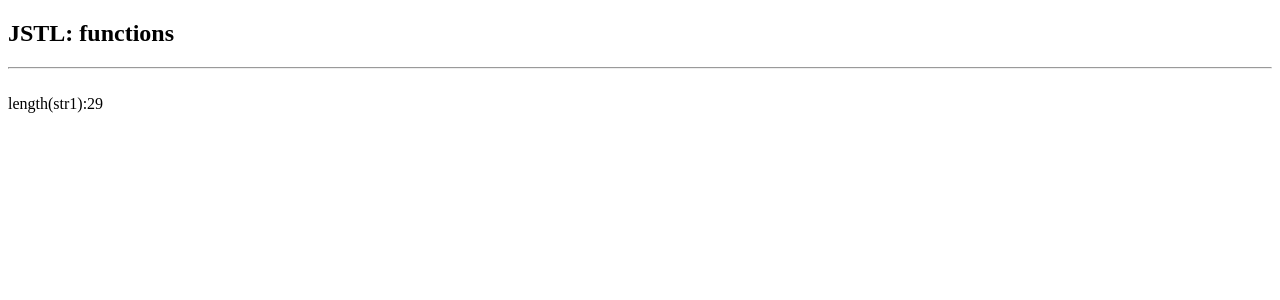
Repository: dongseon-git/WEB_JSP
Page: http://localhost/studyhtml5/jsp/j07/j06_fn_functions.jsp
An editor plug-in stored every save of this project. The page is shown before and after the next save, followed by the edit.
The browser window is 1280 px wide. The pictures show the whole page.
The page is served by Tomcat 9. Nobody is signed in. The application's start-up code is not run. Other server files are loaded and not shown.

Above is the page before, as saved 2022-05-24 02:45:32.

### workspace/studyhtml5/WebContent/jsp/j07/j06_fn_functions.jsp
<%@ page language="java" contentType="text/html; charset=UTF-8"
    pageEncoding="UTF-8"%>
<%@ taglib prefix="c" uri="http://java.sun.com/jsp/jstl/core" %>
<%@ taglib prefix="fmt" uri="http://java.sun.com/jsp/jstl/fmt"%>
<%@ taglib prefix="fn" uri="http://java.sun.com/jsp/jstl/functions" %>


<!DOCTYPE html>
<html>
<head>
<meta charset="UTF-8">
<title>Insert title here</title>
</head>
<body>
	<h2>JSTL: functions</h2>
	<hr/>
	<c:set var="str1" value="afewgoodman오늘은 즐거운 목요일 2일전ㅋㅋㅋ"/><br>
	length(str1):${fn:length(str1) }<br/>
</body>
</html>

After the next save:
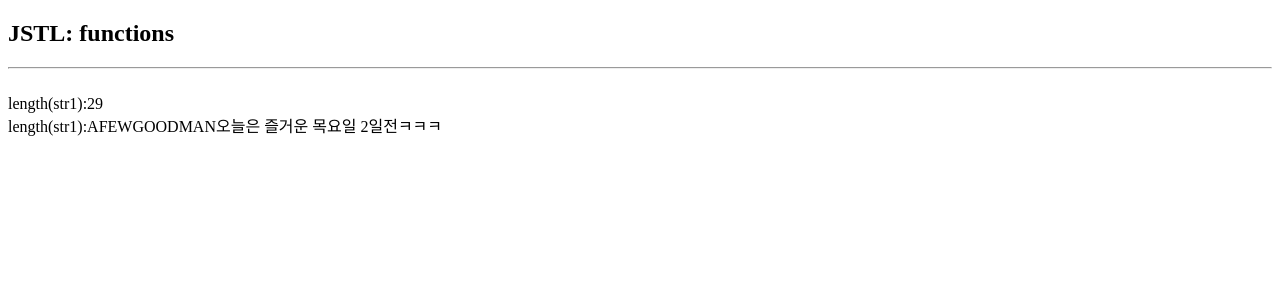
Saved 31 s later.
--- a/workspace/studyhtml5/WebContent/jsp/j07/j06_fn_functions.jsp
+++ b/workspace/studyhtml5/WebContent/jsp/j07/j06_fn_functions.jsp
@@ -16,5 +16,6 @@
 	<hr/>
 	<c:set var="str1" value="afewgoodman오늘은 즐거운 목요일 2일전ㅋㅋㅋ"/><br>
 	length(str1):${fn:length(str1) }<br/>
+	length(str1):${fn:toUpperCase(str1) }<br/>
 </body>
 </html>
